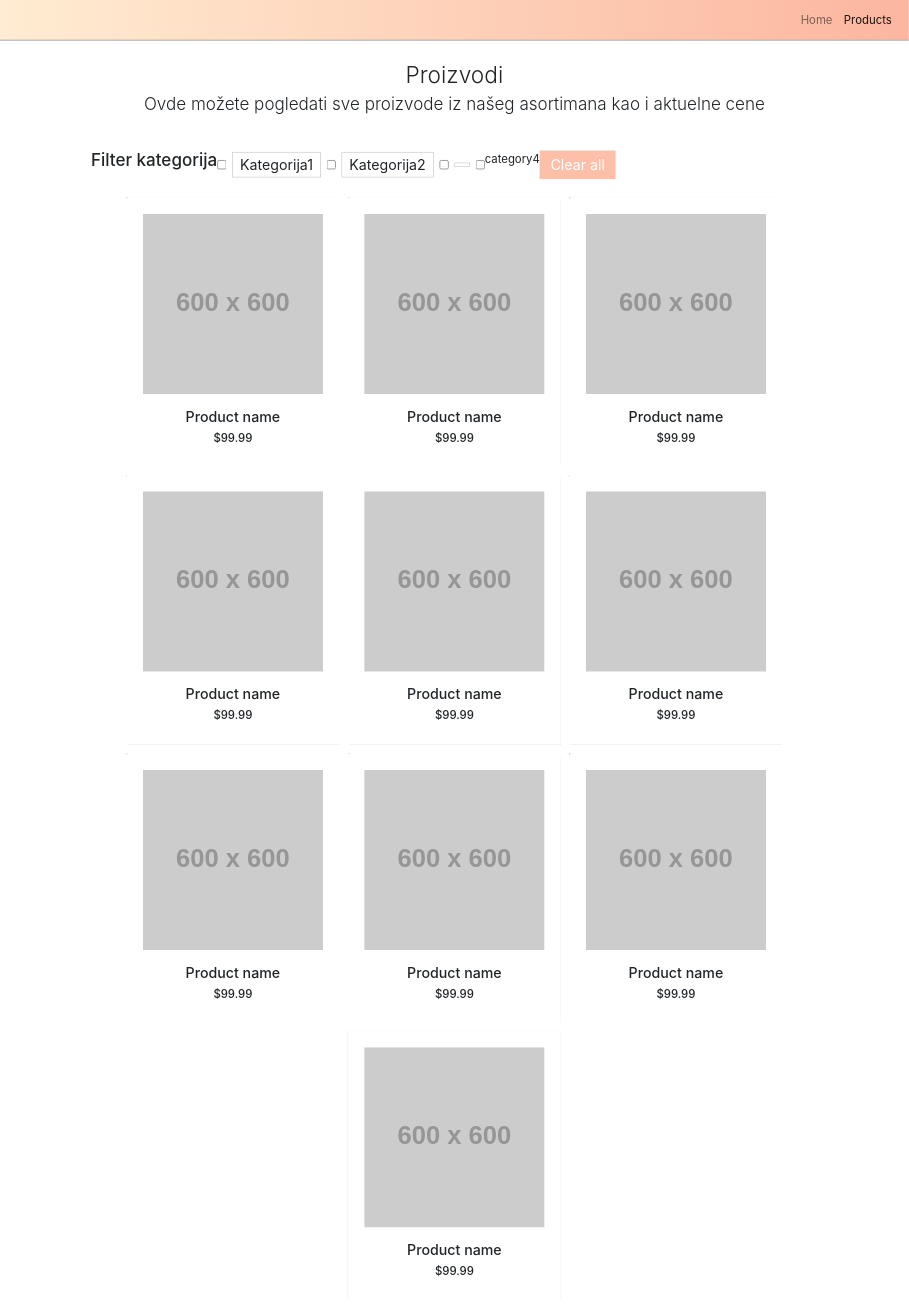
Repository: StevanFilipovic/TemplateForSinglepageWebsite
Page: products.html
The author's editor kept a copy of each file at every save. The page is drawn from the files as they stood at one save, then again after the next save.
The browser window is 1280 px wide. The pictures show the whole page, at 71% of full size.
Some web libraries are served in a nearby version.

Above is the page before, as saved 2018-06-15 11:31:29.

After the next save:
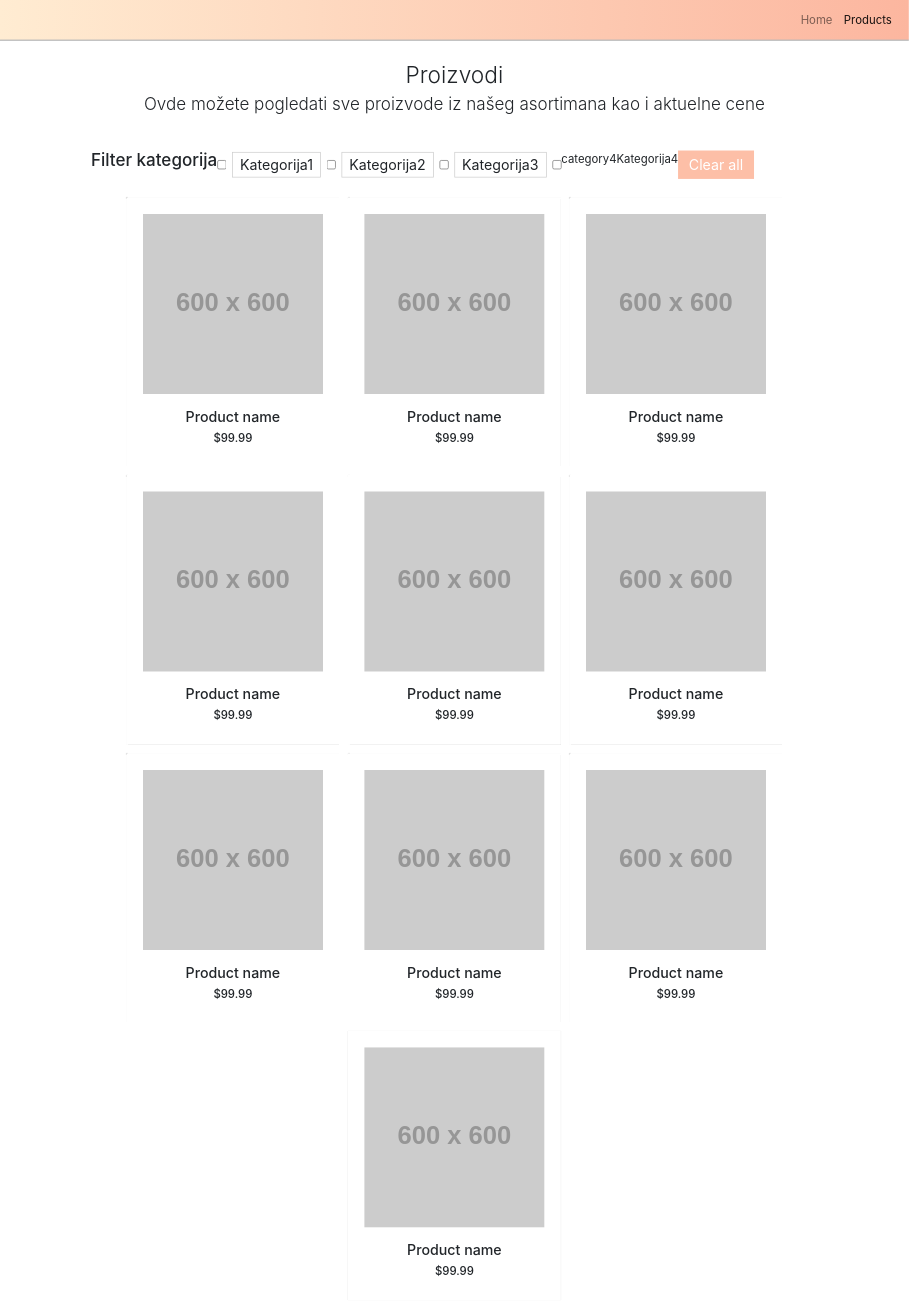
Saved 12 s later.
--- a/products.html
+++ b/products.html
@@ -97,10 +97,10 @@ function ProductFilterLevel1(products, filters) {
       <label for="category2">Kategorija2</label>
 
       <input type="checkbox" name="colour" id="category3" value="category3"></input>
-      <label for="category3"></label>
+      <label for="category3">Kategorija3</label>
 
       <input type="checkbox" name="colour" id="category4" value="category4"><span class="filters-title">category4</span></input>
-      <label for="category4"></label>
+      <label for="category4">Kategorija4</label>
 
     </div>
     <div>
